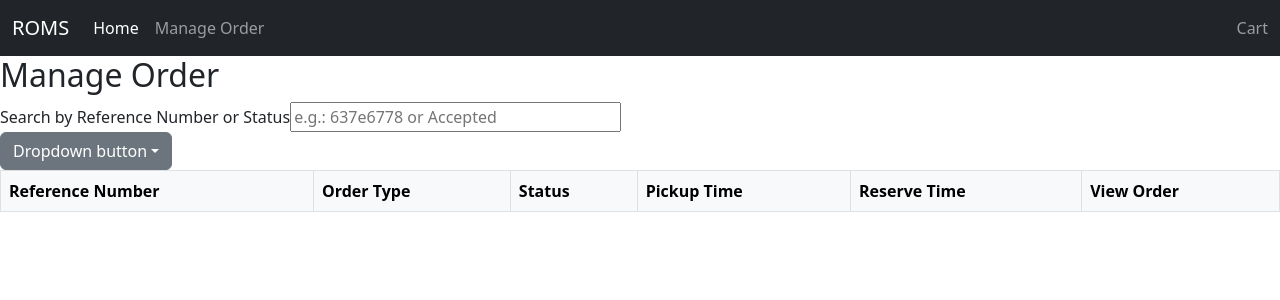
Repository: kayc529/comp231-f22-team4-roms
Page: /manageOrder
The author's editor kept a copy of each file at every save. The page is drawn from the files as they stood at one save, then again after the next save.
The browser window is 1280 px wide. The pictures show the whole page.
The page's requests for data from a server got no answer. The project was rebuilt for these pictures with package versions that can differ from the ones it lists, and the page was loaded fresh each time. No one was signed in, and anything a server would have sent is missing. Also part of the build but not shown: src/components/ExampleComponent.js, src/components/ExampleBox.js, src/pages/example/ExampleHomePage.js, src/pages/example/ExampleNotFoundPage.js, src/features/cart/cartActions.js, src/pages/Cart.js, src/pages/ViewOrder.js.

Above is the page before, as saved 2022-12-04 23:38:34.

### src/index.js
import React from 'react';
import { createRoot } from 'react-dom/client';
import { Provider } from 'react-redux';
import './index.css';
import store from './store';
import App from './App';
//stylesheet for bootstrap
import 'bootstrap/dist/css/bootstrap.min.css';
import 'bootstrap/dist/js/bootstrap.min.js';

const container = document.getElementById('root');
const root = createRoot(container);

root.render(
  <Provider store={store}>
    <App />
  </Provider>
);

### src/index.css
body {
  margin: 0;
  font-family: -apple-system, BlinkMacSystemFont, 'Segoe UI', 'Roboto', 'Oxygen',
    'Ubuntu', 'Cantarell', 'Fira Sans', 'Droid Sans', 'Helvetica Neue',
    sans-serif;
  -webkit-font-smoothing: antialiased;
  -moz-osx-font-smoothing: grayscale;
  color: black;
}

code {
  font-family: source-code-pro, Menlo, Monaco, Consolas, 'Courier New',
    monospace;
}

/*Cart Page*/
.cartItem {
  display: grid;
  row-gap: 0.5rem;
  padding: 15px 30px;
}

.cartItem .img-thumbnail{
  max-width: 100px;
}

/*STUFF FOR SIGNIN/SIGNUP PORTIONS*/

.signin-form {
  max-width: 30rem;
  margin-top: 3rem;
}

.signin-form input {
  margin-bottom: 2em;
  text-align: center;
}

.signin-form a {
  text-decoration: none;
  color: black;
  font-size: 1.5em;
  border-radius: 4px;
  padding: 10px;
}

.signin-form a:hover {
  transition: .5s ease-in-out;
  font-size: 1.8em;
  color: black;
}

.signup-container {
  margin-top: 3rem;
}

.signup-form {
  max-width: 30rem;
}

.signup-form input {
  text-align: center;
  margin-bottom: 15px;
}

.radio {
  margin-right: 5px;
  margin-left: 20px;
  margin-top: 10px;
}

/*END OF STUFF FOR SIGNIN/SIGNUP PORTIONS*/

### src/store.js
import { configureStore } from '@reduxjs/toolkit';
import exampleReducer from './features/example/exampleSlice';
import cartReducers from './features/cart/cartReducers';
import menuReducer from './features/menu/menuSlice';
import staffReducer from './features/staff/staffSlice';


//YOU MUST PUT THE REDUCER INSIDE THE STORE
//OR ELSE YOU CAN'T DISPATCH THEIR ACTIONS FROM ANY OF THE APP COMPONENTS
const store = configureStore({
  reducer: {
    example: exampleReducer,
    cart: cartReducers,
    menu: menuReducer,
    staff: staffReducer
  },
});

export default store;

### src/App.js
import { Routes, Route, BrowserRouter } from 'react-router-dom';
import ExampleHomePage from './pages/example/ExampleHomePage';
import ExampleNotFoundPage from './pages/example/ExampleNotFoundPage';
import Menu from './components/Menu';
import CartPage from './pages/Cart';
import ManageOrderPage from './pages/ManageOrder';
import ViewOrderPage from './pages/ViewOrder';

function App() {
  return (
    <>
      <BrowserRouter>
        <Routes>
          <Route path='/' element={<Menu />}>
            <Route index element={<ExampleHomePage />} />
            <Route path='cart' element={<CartPage />} />
            <Route path='manageOrder' element={<ManageOrderPage/>} />
            <Route path='viewOrder/:id' element={<ViewOrderPage/>} />
            {/* add page here if you want the shared layout*/}
          </Route>
          {/* add page here if you don't want the shared layout*/}

          {/* !!not found page must be placed at the very end!!*/}
          <Route path='*' element={<ExampleNotFoundPage />} />
        </Routes>
      </BrowserRouter>
    </>
  );
}

export default App;

### src/features/example/exampleSlice.js
import { createSlice, createAsyncThunk } from '@reduxjs/toolkit';
import { getUniversityListThunk } from './exampleThunk';

//slice is similar to a feature of the app
//data manipulations that are related to the feature are placed together

//--CREATE INITIAL STATE OF THE SLICE
const initialState = {
  exampleList: [],
  isLoading: false,
  isSwitchOn: false,
};

//--DECLARE AN ACTION
//an async action requires an async thunk(aka middleware)
export const getUniversityList = createAsyncThunk(
  'example/getUniversityList',
  async (countryName, thunkAPI) => {
    return getUniversityListThunk(
      `http://universities.hipolabs.com/search?country=${countryName}`,
      thunkAPI
    );
  }
);

//--CREATE SLICE
const exampleSlice = createSlice({
  name: 'example',
  initialState,
  //reducers are for actions that do not require calling API
  //--DECLARE REDUCER
  reducers: {
    toggleSwitch: (state) => {
      state.isSwitchOn = !state.isSwitchOn;
    },
  },
  //extra reducers are for actions that require calling API (or some other async functions)
  //you can change the value of the states at differnt status of the action i.e. pending, fulfilled, rejected
  //--DECLARE EXTRA REDUCER
  extraReducers: {
    [getUniversityList.pending]: (state) => {
      state.isLoading = true;
    },
    [getUniversityList.fulfilled]: (state, { payload }) => {
      //payload is the data
      //you may have to deconstruct the object depending on the structure of the returned object from the API
      //i.e. const { someFieldName } = payload <-this is called object deconstruction
      //in this example, the API directly returns the list we want so no deconstruction is needed
      state.exampleList = payload.slice(0, 10); //limit to 10 universities only for demo purpose
      state.isLoading = false;
      //you can also dispatch another action here after this action is fulfilled
    },
    [getUniversityList.rejected]: (state) => {
      state.isLoading = false;
      //you can do some error handling here
    },
  },
});

//you have to export both the reducers' actions and the extraReducers
//so that they can be put in the store
//and can be dispatched from other components
export const { toggleSwitch } = exampleSlice.actions;
export default exampleSlice.reducer;

//REMEBER TO PUT THE REDUCER IN THE STORE /src/store.js

### src/features/cart/cartReducers.js
import { ADD_TO_CART, DELETE_FROM_CART } from './cartConstants'

let initialCart = {
	cart: [],
};

if (localStorage.getItem('cart')) {
	initialCart.cart = JSON.parse(localStorage.getItem('cart'));
} else {
	initialCart.cart = [];
}

const cartReducers = (state = initialCart, action) => {
	switch (action.type) {
		case ADD_TO_CART:
		case DELETE_FROM_CART:
			return {
				cart: [...action.payload],
			};
		default:
			return state;
	}
};

export default cartReducers;

### src/features/menu/menuSlice.js
import { createSlice, createAsyncThunk } from '@reduxjs/toolkit';
import {
  getAllMenuItemsThunk,
  getMenuItemThunk,
  addMenuItemThunk,
  editMenuItemThunk,
  deleteMenuItemThunk,
  uploadMenuItemImageThunk,
} from './menuThunk';

const initialState = {
  menuItemList: [],
  menuItem: {},
  isLoading: false,
  errorMsg: '',
};

export const getAllMenuItems = createAsyncThunk(
  'menu/getAllMenuItems',
  async (_, thunkAPI) => {
    return getAllMenuItemsThunk('/menu', thunkAPI);
  }
);

export const getMenuItem = createAsyncThunk(
  'menu/getMenuItem',
  async (menuItemId, thunkAPI) => {
    return getMenuItemThunk(`/menu/${menuItemId}`, thunkAPI);
  }
);

export const addMenuItem = createAsyncThunk(
  'menu/addMenuItem',
  async (menuItemToAdd, thunkAPI) => {
    return addMenuItemThunk('/menu', menuItemToAdd, thunkAPI);
  }
);

export const editMenuItem = createAsyncThunk(
  'menu/editMenuItem',
  async (menuItemToEdit, thunkAPI) => {
    return editMenuItemThunk(
      `/menu/${menuItemToEdit._id}`,
      menuItemToEdit,
      thunkAPI
    );
  }
);

export const deleteMenuItem = createAsyncThunk(
  'menu/deleteMenuItem',
  async (menuItemId, thunkAPI) => {
    return deleteMenuItemThunk(`/menu/${menuItemId}`, thunkAPI);
  }
);

export const uploadMenuItemImage = createAsyncThunk(
  'menu/uploadMenuItemImage',
  async (menuItemId, imageData, thunkAPI) => {
    return uploadMenuItemImageThunk(
      `/menu/upload-image/${menuItemId}`,
      imageData,
      thunkAPI
    );
  }
);

const menuSlice = createSlice({
  name: 'menu',
  initialState,
  reducer: {},
  extraReducers: {
    //GET ALL MENU ITEMS
    [getAllMenuItems.pending]: (state) => {
      state.isLoading = true;
    },
    [getAllMenuItems.fulfilled]: (state, { payload }) => {
      const { menuItems } = payload;
      state.isLoading = false;
      state.menuItemList = menuItems;
    },
    [getAllMenuItems.rejected]: (state) => {
      state.isLoading = false;
    },
    //GET SINGLE MENU ITEM
    [getMenuItem.pending]: (state) => {
      state.isLoading = true;
      state.menuItem = {};
    },
    [getMenuItem.fulfilled]: (state, { payload }) => {
      const { menuItem } = payload;
      state.isLoading = false;
      state.menuItem = menuItem;
    },
    [getMenuItem.rejected]: (state) => {
      state.isLoading = false;
    },
    //ADD MENU ITEM
    [addMenuItem.pending]: (state) => {
      state.isLoading = true;
    },
    [addMenuItem.fulfilled]: (state, { payload }) => {
      state.isLoading = false;
      //the api will return the newly added menu item
      //you can add it to the state if needed
    },
    [addMenuItem.rejected]: (state) => {
      state.isLoading = false;
    },
    //EDIT MENU ITEM
    [editMenuItem.pending]: (state) => {
      state.isLoading = true;
    },
    [editMenuItem.fulfilled]: (state, { payload }) => {
      state.isLoading = false;
      //the api will return the updated menu item
      //you can add it to the state if needed
    },
    [editMenuItem.rejected]: (state) => {
      state.isLoading = false;
    },
    //DELETE MENU ITEM
    [deleteMenuItem.pending]: (state) => {
      state.isLoading = true;
    },
    [deleteMenuItem.fulfilled]: (state) => {
      state.isLoading = false;
    },
    [deleteMenuItem.rejected]: (state) => {
      state.isLoading = false;
    },
    //UPLOAD MENU ITEM IMAGE
    [uploadMenuItemImage.pending]: (state) => {
      state.isLoading = true;
    },
    [uploadMenuItemImage.fulfilled]: (state) => {
      state.isLoading = false;
    },
    [uploadMenuItemImage.rejected]: (state) => {
      state.isLoading = false;
    },
  },
});

export default menuSlice.reducer;

### src/features/staff/staffSlice.js
import { createSlice, createAsyncThunk } from '@reduxjs/toolkit';
import {
  getAllStaffsThunk,
  getStaffThunk,
  editStaffThunk,
  deleteStaffThunk,
} from './staffThunk';

const initialState = {
  staffsList: [],
  staff: {},
  isLoading: false,
  errorMsg: '',
};

export const getAllStaffs = createAsyncThunk(
  'staffs/getAllStaffs',
  async (_, thunkAPI) => {
    return getAllStaffsThunk('/staffs', thunkAPI);
  }
);

export const getStaff = createAsyncThunk(
  'staffs/getStaff',
  async (staffId, thunkAPI) => {
    return getStaffThunk(`/staffs/edit/${staffId}`, thunkAPI);
  }
);

export const editStaff = createAsyncThunk(
  'staffs/editStaff',
  async (updatedStaff, thunkAPI) => {
    return editStaffThunk(
      `/staffs/edit/${updatedStaff.id}`,
      updatedStaff,
      thunkAPI
    );
  }
);

export const deleteStaff = createAsyncThunk(
  'staffs/deleteStaff',
  async (staffId, thunkAPI) => {
    return deleteStaffThunk(`/staffs/delete/${staffId}`, thunkAPI);
  }
);

const staffSlice = createSlice({
  name: 'staff',
  initialState,
  reducer: {},
  extraReducers: {
    //GET ALL STAFFS
    [getAllStaffs.pending]: (state) => {
      state.isLoading = true;
    },
    [getAllStaffs.fulfilled]: (state, { payload }) => {
      const { staffs } = payload;
      state.isLoading = false;
      state.staffsList = staffs;
    },
    [getAllStaffs.rejected]: (state) => {
      state.isLoading = false;
    },
    //GET SINGLE STAFF
    [getStaff.pending]: (state) => {
      state.isLoading = true;
      state.staff = {};
    },
    [getStaff.fulfilled]: (state, { payload }) => {
      const { staff } = payload;
      state.isLoading = false;
      state.staff = staff;
    },
    [getStaff.rejected]: (state) => {
      state.isLoading = false;
    },

    //EDIT STAFF
    [editStaff.pending]: (state) => {
      state.isLoading = true;
    },
    [editStaff.fulfilled]: (state, { payload }) => {
      state.isLoading = false;
    },
    [editStaff.rejected]: (state) => {
      state.isLoading = false;
    },
    //DELETE STAFF
    [deleteStaff.pending]: (state) => {
      state.isLoading = true;
    },
    [deleteStaff.fulfilled]: (state) => {
      state.isLoading = false;
    },
    [deleteStaff.rejected]: (state) => {
      state.isLoading = false;
    },
  },
});

export default staffSlice.reducer;

### src/components/Menu.js
import { Outlet } from 'react-router-dom';

const Menu = () => {
  return (
    <>
      <header>
        <nav className="navbar navbar-expand-lg bg-dark navbar-dark">
          <div className="container-fluid">
            <a className="navbar-brand" href="/">ROMS</a>
            <button className="navbar-toggler" type="button" data-bs-toggle="collapse" data-bs-target="#navbarNavDropdown">
              <span className="navbar-toggler-icon"></span>
            </button>
            <div className="collapse navbar-collapse" id="navbarNavDropdown">
              <ul className="navbar-nav">
                <li className="nav-item">
                  <a className="nav-link active" href="/">Home</a>
                </li>
                <li>
                  <a className="nav-item nav-link navbar-text" href="/ManageOrder"> Manage Order</a>
                  </li>
              </ul>
            </div>
            <a className="nav-item nav-link navbar-text" href="/cart">Cart</a>
          </div>
        </nav>
      </header>
      <main>
        <Outlet />
      </main>
      <footer></footer>
    </>
  );
};

export default Menu;

### src/pages/ManageOrder.js
import React, {useState, useEffect} from 'react';
import BootstrapSwitchButton from 'bootstrap-switch-button-react';
import ToogleButton from 'react-toggle-button';
import {Button, Table} from 'react-bootstrap';
import axios from '../utils/orderFetch';
import ViewOrder from './ViewOrder';
import { Link } from "react-router-dom";

const ManageOrder =()=>{
    const [orderData, setOrderData] = useState([]);
    // const orderStatus = Object.keys(orderData).map(function (key){
    //     return orderData[key].status});
    // const [orderState, setOrderState] = useState(orderStatus);
    const [searchKeyword, setSearchKeyword] = useState("");

    useEffect(()=>{
        const fetchData = async () =>{
            const result = await axios.get('/api/v1/orders/')
            const resultData = result.data.orders
            setOrderData(resultData)
        }
        fetchData();
    }, []);

    return (
        <div className='control-main'>

            <h2>Manage Order</h2>

            <label> Search by Reference Number or Status </label>
                <input className="txtSearch" placeholder='e.g.: 637e6778 or Accepted'
                type="text"
                size={30}
                onChange={(e) =>{setSearchKeyword(e.target.value)}}
            />
<div class="dropdown">
  <button class="btn btn-secondary dropdown-toggle" type="button" id="dropdownMenuButton" data-toggle="dropdown" aria-haspopup="true" aria-expanded="false">
    Dropdown button
  </button>
  <div class="dropdown-menu" aria-labelledby="dropdownMenuButton">
    <a class="dropdown-item" href="#">Action</a>
    <a class="dropdown-item" href="#">Another action</a>
    <a class="dropdown-item" href="#">Something else here</a>
  </div>
</div>


            <Table striped bordered hover variant="light">
                <thead>
                    <tr>
                        <th>Reference Number</th>
                        <th>Order Type</th>
                        <th>Status</th>
                        <th>Pickup Time</th>
                        <th>Reserve Time</th>
                        <th>View Order</th>
                    </tr>
                </thead>

                <tbody>
                {orderData.filter((order) => {
                    if (searchKeyword.length ===0){
                        return order;
                    }

                    else if (order.referenceNumber == searchKeyword || order.status == searchKeyword.toUpperCase()){
                        return order;
                    }
                    }).map((order, i) => (
                    <tr key={i}>

                        <td >{order.referenceNumber}
                        </td>
                        {order.orderType == "TAKE_OUT"? <td>Take Out</td>: <td>Dine In</td>}
                        <td >{order.status}
                        </td>
                        <td >{order.pickupTime}
                        </td>
                        <td >{order.reserveTime}
                        </td>
                        <td>
                            <Link to={`../ViewOrder/${order._id}`}>
                                <Button size="sm">View </Button>
                            </Link>
                        </td>
                    </tr>
                ))}
                </tbody>
            </Table>


        </div>

    );


};

export default ManageOrder;

### src/features/example/exampleThunk.js
import customFetch from '../../utils/customFetch';

//thunks are separated into different file for cleaner codes
//of course you can put these codes inside the action in the slice file
//but it is a good practice to separate the codes
export const getUniversityListThunk = async (url, thunkAPI) => {
  //must use try catch block when calling API!!
  try {
    const res = await customFetch.get(url);
    //you can always check out the structure of the returned object by logging
    console.log(res.data);
    //you can do something here
    //thunkAPI allows you to dispatch another action
    //e.g. thunkAPI.dispatch(someOtherAction());
    return res.data;
  } catch (error) {
    //you can do error handling here
    //thunkAPI allows you to dispatch another action
    //e.g. thunkAPI.dispatch(someErrorHandlingAction());
    return thunkAPI.rejectWithValue(error.response.data.msg);
  }
};

### src/features/cart/cartConstants.js
export const ADD_TO_CART = 'ADD_TO_CART';
export const DELETE_FROM_CART = 'DELETE_FROM_CART';

### src/features/menu/menuThunk.js
import customFetch from '../../utils/customFetch';

export const getAllMenuItemsThunk = async (url, thunkAPI) => {
  try {
    const res = await customFetch.get(url);
    console.log(res.data);
    return res.data;
  } catch (error) {
    return thunkAPI.rejectWithValue(error.response.data.msg);
  }
};

export const getMenuItemThunk = async (url, thunkAPI) => {
  try {
    const res = await customFetch.get(url);
    console.log(res.data);
    return res.data;
  } catch (error) {
    return thunkAPI.rejectWithValue(error.response.data.msg);
  }
};

export const addMenuItemThunk = async (url, newMenuItem, thunkAPI) => {
  try {
    const res = await customFetch.post(url, newMenuItem);
    console.log(res.data);
    return res.data;
  } catch (error) {
    return thunkAPI.rejectWithValue(error.response.data.msg);
  }
};

export const editMenuItemThunk = async (url, updatedMenuItem, thunkAPI) => {
  try {
    const res = await customFetch.patch(url, updatedMenuItem);
    console.log(res.data);
    return res.data;
  } catch (error) {
    return thunkAPI.rejectWithValue(error.response.data.msg);
  }
};

export const deleteMenuItemThunk = async (url, thunkAPI) => {
  try {
    const res = await customFetch.delete(url);
    console.log(res.data);
    return res.data;
  } catch (error) {
    return thunkAPI.rejectWithValue(error.response.data.msg);
  }
};

export const uploadMenuItemImageThunk = async (url, imageData, thunkAPI) => {
  try {
    const res = await customFetch.post(url, imageData);
    console.log(res.data);
    return res.data;
  } catch (error) {
    return thunkAPI.rejectWithValue(error.response.data.msg);
  }
};

### src/features/staff/staffThunk.js
import customFetch from '../../utils/customFetch';

export const getAllStaffsThunk = async (url, thunkAPI) => {
  try {
    const res = await customFetch.get(url);
    console.log(res.data);
    return res.data;
  } catch (error) {
    return thunkAPI.rejectWithValue(error.response.data.msg);
  }
};

export const getStaffThunk = async (url, thunkAPI) => {
  try {
    const res = await customFetch.get(url);
    console.log(res.data);
    return res.data;
  } catch (error) {
    return thunkAPI.rejectWithValue(error.response.data.msg);
  }
};

export const editStaffThunk = async (url, updatedStaff, thunkAPI) => {
  try {
    const res = await customFetch.patch(url, updatedStaff);
    console.log(res.data);
    return res.data;
  } catch (error) {
    return thunkAPI.rejectWithValue(error.response.data.msg);
  }
};

export const deleteStaffThunk = async (url, thunkAPI) => {
  try {
    const res = await customFetch.delete(url);
    console.log(res.data);
    return res.data;
  } catch (error) {
    return thunkAPI.rejectWithValue(error.response.data.msg);
  }
};

### src/utils/orderFetch.js
import axios from 'axios';

const getBaseUrl = () => {
  //will use the url of the backend later
  return '';
};

const orderFetch = axios.create({
  baseURL: 'http://localhost:4000/',
  headers: "application/json"
});

//orderFetch.get('/api/v1/orders')

export default orderFetch;

### src/utils/customFetch.js
import axios from 'axios';

const getBaseUrl = () => {
  //will use the url of the backend later
  return '';
};

const customFetch = axios.create({
  baseURL: getBaseUrl(),
});

export default customFetch;

After the next save:
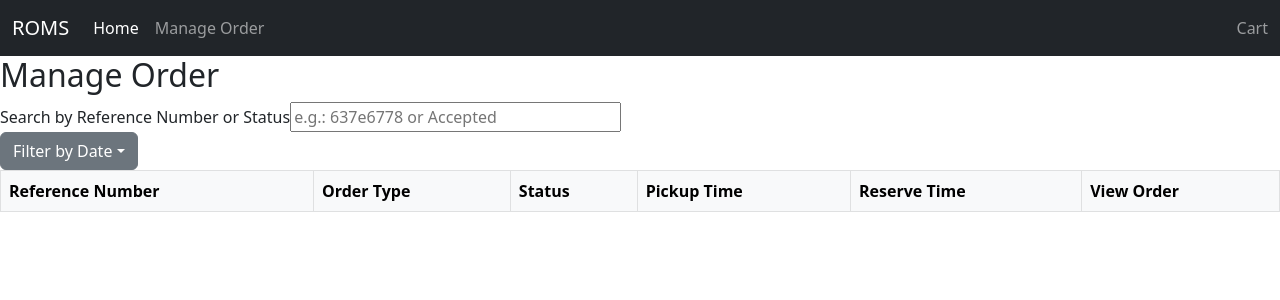
Saved 28 s later.
--- a/src/pages/ManageOrder.js
+++ b/src/pages/ManageOrder.js
@@ -33,16 +33,16 @@ const ManageOrder =()=>{
                 size={30}
                 onChange={(e) =>{setSearchKeyword(e.target.value)}}
             />
-<div class="dropdown">
-  <button class="btn btn-secondary dropdown-toggle" type="button" id="dropdownMenuButton" data-toggle="dropdown" aria-haspopup="true" aria-expanded="false">
-    Dropdown button
-  </button>
-  <div class="dropdown-menu" aria-labelledby="dropdownMenuButton">
-    <a class="dropdown-item" href="#">Action</a>
-    <a class="dropdown-item" href="#">Another action</a>
-    <a class="dropdown-item" href="#">Something else here</a>
-  </div>
-</div>
+            <div class="dropdown">
+            <button class="btn btn-secondary dropdown-toggle" type="button" id="dropdownMenuButton" data-toggle="dropdown" aria-haspopup="true" aria-expanded="false">
+                Filter by Date
+            </button>
+            <div class="dropdown-menu" aria-labelledby="dropdownMenuButton">
+                <a class="dropdown-item" href="#">Action</a>
+                <a class="dropdown-item" href="#">Another action</a>
+                <a class="dropdown-item" href="#">Something else here</a>
+            </div>
+            </div>
 
 
             <Table striped bordered hover variant="light">
